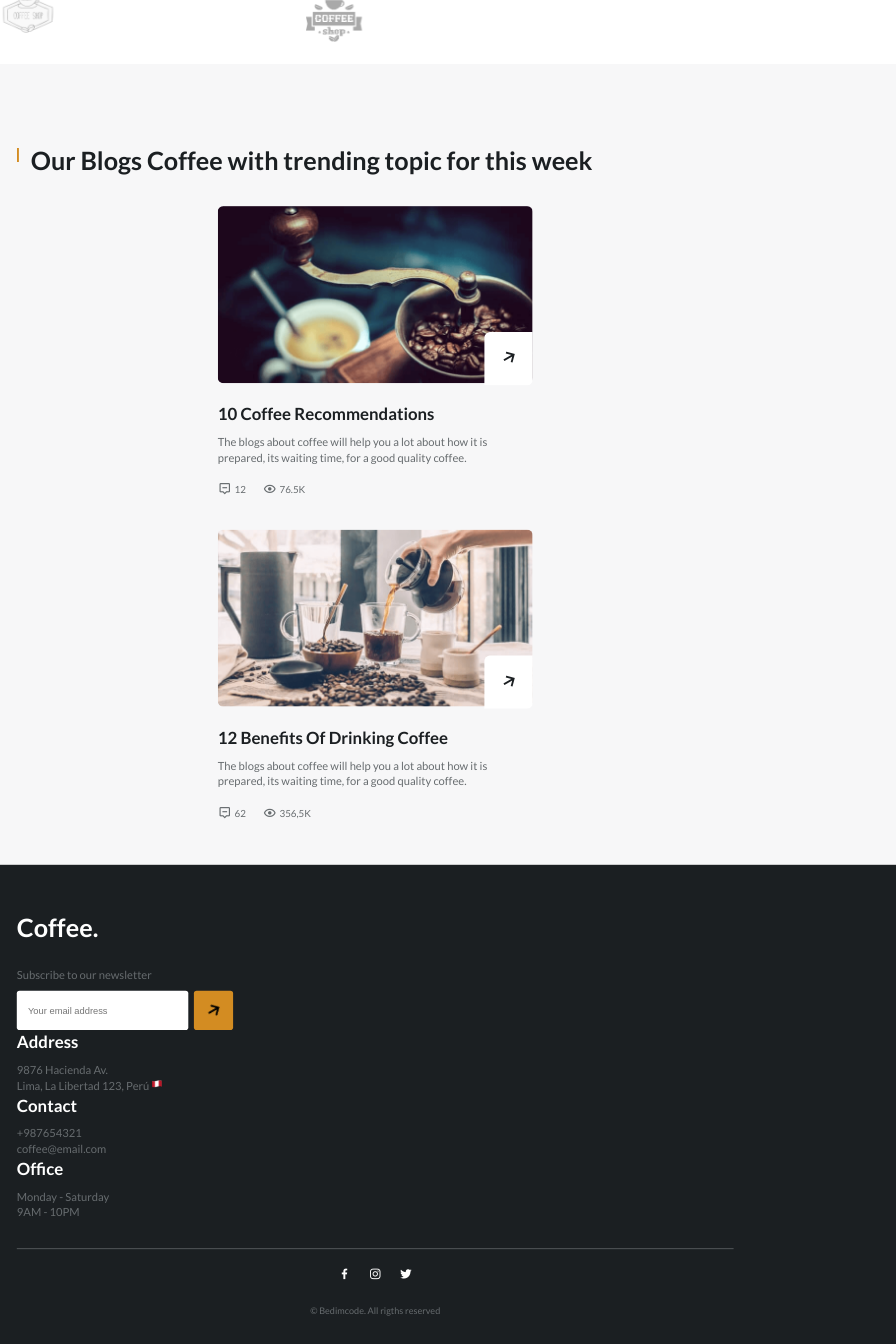
Repository: phong121020/coffee-responsive
Page: index.html
An editor plug-in stored every save of this project. The page is shown before and after the next save, followed by the edit.
The browser window is 1280 px wide. The pictures show the part of the page from y = 3409 to 5329 px (the page is 5329 px tall before and 5278 px after), at 70% of full size.

Above is the page before, as saved 2022-03-08 17:18:32.

After the next save:
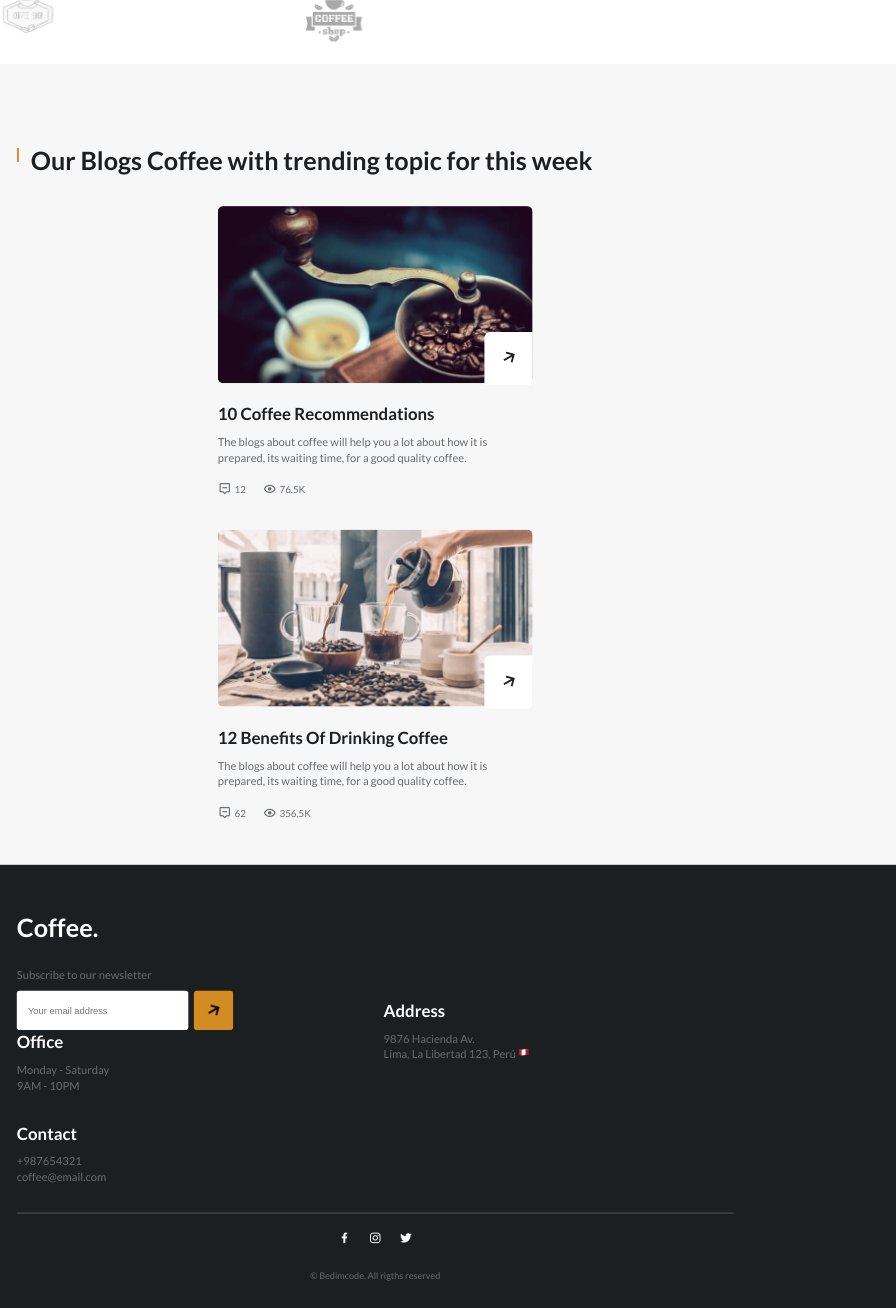
Saved 6 min 16 s later.
--- a/index.html
+++ b/index.html
@@ -475,26 +475,6 @@
                   <i class="bx bx-right-arrow-alt"></i>
                 </button>
               </div>
-              <div class="footer__data">
-                <h2 class="footer__subtitle">Address</h2>
-                <p class="footer__information">
-                  9876 Hacienda Av. <br />
-                  Lima, La Libertad 123, Perú
-                  <img
-                    src="./assets/img/footerflag.png"
-                    alt=""
-                    class="footer__flag"
-                  />
-                </p>
-              </div>
-
-              <div class="footer__data">
-                <h2 class="footer__subtitle">Contact</h2>
-                <p class="footer__information">
-                  +987654321 <br />
-                  coffee@email.com
-                </p>
-              </div>
 
               <div class="footer__data">
                 <h2 class="footer__subtitle">Office</h2>
@@ -503,6 +483,26 @@
                   9AM - 10PM
                 </p>
               </div>
+            </div>
+            <div class="footer__data">
+              <h2 class="footer__subtitle">Address</h2>
+              <p class="footer__information">
+                9876 Hacienda Av. <br />
+                Lima, La Libertad 123, Perú
+                <img
+                  src="./assets/img/footerflag.png"
+                  alt=""
+                  class="footer__flag"
+                />
+              </p>
+            </div>
+
+            <div class="footer__data">
+              <h2 class="footer__subtitle">Contact</h2>
+              <p class="footer__information">
+                +987654321 <br />
+                coffee@email.com
+              </p>
             </div>
           </div>
           <div class="footer__group">
